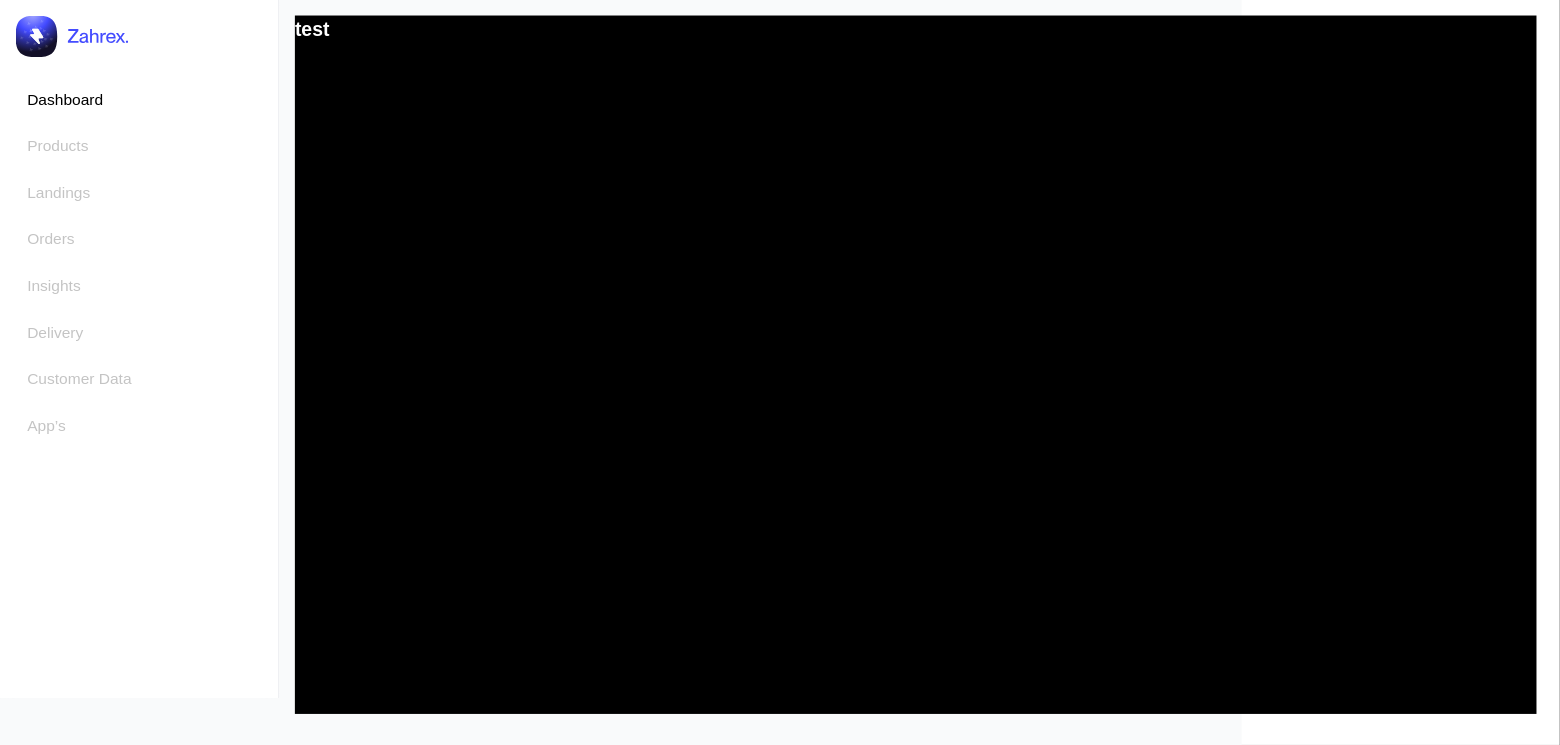
Repository: asba38295-web/zahrex-app
Page: /dashboard
An editor plug-in stored every save of this project. The page is shown before and after a run of saves, followed by the edit.
The browser window is 1280 px wide. The page is 1608 px wide, so the pictures cover 1608 px, including what lies to the right of the window. The pictures show the whole page, at 97% of full size.
The project was rebuilt for these pictures with package versions that can differ from the ones it lists, and the page was loaded fresh each time. The framework's server and built-in components were replaced by stand-ins that run in the browser. Also part of the build but not shown: next.config.mjs.

Above is the page before, as saved 2025-11-28 04:26:35.

### src/app/dashboard/page.jsx
"use client";
import React, { useState } from "react";

import Dashboard from "../../page/Dashboard/Dashboard";

export default function DashboardShell() {
  const [activeTab, setActiveTab] = useState("dashboard");
  const [mobileMenuOpen, setMobileMenuOpen] = useState(false);

  const NAV = [
    { key: "dashboard", label: "Dashboard" },
    { key: "products",  label: "Products" },
    { key: "landings",  label: "Landings" },
    { key: "orders", label: "Orders" },
    { key: "insights",      label: "Insights" },
    { key: "delivery",  label: "Delivery" },
    { key: "customerData",      label: "Customer Data" },
    { key: "apps",   label: "App’s" },

  ];

  return (
    <div className="min-h-screen bg-gray-50 flex">
      {/* Sidebar */}
      <aside
        className={`fixed inset-y-0 left-0 z-30 w-72 bg-white/90 backdrop-blur border-r border-gray-200 p-4 transition-transform md:translate-x-0 ${
          mobileMenuOpen ? "translate-x-0" : "-translate-x-full md:translate-x-0"
        }`}
      >
        <div className="flex items-center justify-between mb-6">
          <div className="flex items-center gap-2">
            <img src="logoz.svg" alt="" />
          </div>
          <button
            onClick={() => setMobileMenuOpen(false)}
            className="md:hidden inline-flex items-center justify-center h-9 w-9 rounded-full border"
            aria-label="Close menu"
          >
            ×
          </button>
        </div>

        <nav className="space-y-2">
          {NAV.map((item) => (
            <button
              key={item.key}
              onClick={() => setActiveTab(item.key)}
              className={`w-full text-[#C4C4C4] text-left px-3 py-2 rounded-xl ${
                activeTab === item.key
                  ? " text-black  border-black"
                  : "hover:bg-gray-100"
              }`}
            >
              {item.label}
            </button>
          ))}
        </nav>
      </aside>


      {/* Main */}
      <main className=" flex-1 md:ml-72 p-4">
        {/* Top bar */}
        <div className="flex items-center justify-between gap-2 mb-4">
          <button
            onClick={() => setMobileMenuOpen(true)}
            className="md:hidden inline-flex items-center justify-center h-10 w-10 rounded-xl border bg-white"
            aria-label="Open menu"
          >
            ☰
          </button>
          <h1 className="text-xl font-semibold">{titleForTab(activeTab)}</h1>
          <div className="hidden md:block" />
        </div>

        {/* 🧩 المحتوى: خاوي دابا — ركب فيه كومبونوناتك من بعد */}
        {/* <EmptyPanel /> */}

        {/*
          🔌 منين تبغي تركّب كومبونونت:
          import OrdersTable from "@/componentsDashboard/orders/OrdersTable";
          ثم بدّل <EmptyPanel /> بـ:
          {activeTab === "orders" && <OrdersTable />}
          وهاكذا لباقي التابات...
        */}
      </main>
    </div>

  );
}

function titleForTab(key) {
  switch (key) {
    case "dashboard": return < Dashboard />;
    case "orders": return "Orders22";
    case "services": return "Services";
    case "closed": return "Closed";
    case "paid": return "Paid";
    case "products": return "Products";
    case "delivery": return "Delivery";
    case "customers": return "Customers";
    case "meta": return "Meta";
    case "whatsapp": return "Whatsapp";
    case "team": return "Team";
    case "finance": return "Finance";
    case "email": return "Email";
  }
}

// function EmptyPanel() {
//   return (
//     <div className="grid place-items-center h-[60vh] rounded-2xl border bg-white text-gray-500">
//       <div className="text-center space-y-2">
//         <div className="text-sm uppercase tracking-wide text-gray-400">Empty</div>
//         <p className="text-base">ركّب الكومبونونت ديالك هنا من بعد.</p>
//       </div>
//     </div>
//   );
// }

### src/page/Dashboard/Dashboard.jsx
"use client";
import React, { useState } from "react";

export default function Dashboard() {

return(

    <div className="bg-black h-screen w-screen text-white">test</div>
)

}

Loaded but not shown: src/app/layout.js (common file); src/app/globals.css (common file)

After the next 2 saves:
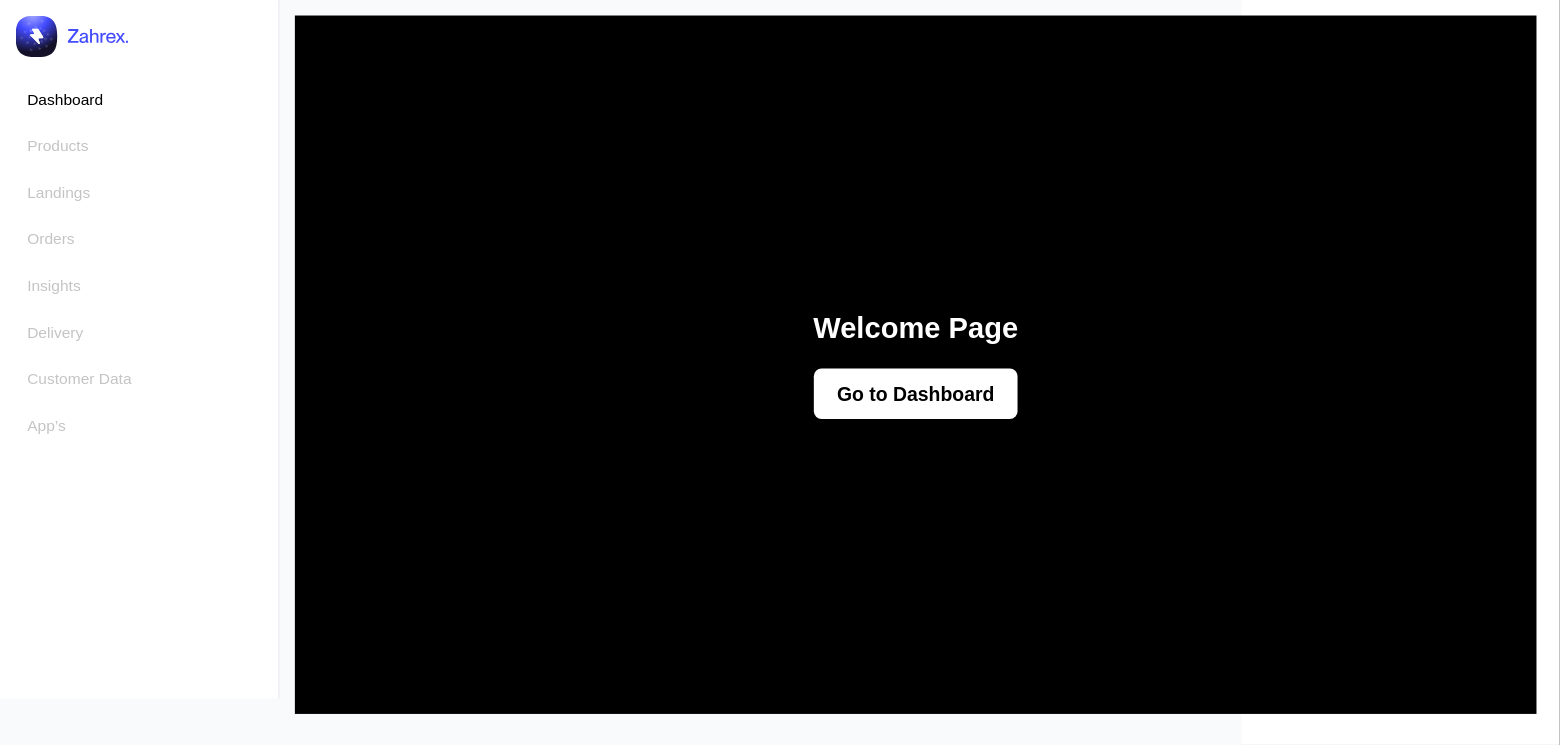
The 2 saves are shown as one change because 1 did not build or start.
The last was saved 10 h 10 min later.
--- a/src/page/Dashboard/Dashboard.jsx
+++ b/src/page/Dashboard/Dashboard.jsx
@@ -1,11 +1,38 @@
 "use client";
 import React, { useState } from "react";
 
-export default function Dashboard() {
+export default function HomePage() {
+  const [showDashboard, setShowDashboard] = useState(false);
 
-return(
+  return (
+    <div className="h-screen w-screen bg-black text-white flex items-center justify-center">
+      {!showDashboard ? (
+        <Welcome onStart={() => setShowDashboard(true)} />
+      ) : (
+        <Dashboard />
+      )}
+    </div>
+  );
+}
 
-    <div className="bg-black h-screen w-screen text-white">test</div>
-)
+function Welcome({ onStart }) {
+  return (
+    <div className="text-center">
+      <h1 className="text-3xl mb-6">Welcome Page</h1>
+      <button
+        onClick={onStart}
+        className="px-6 py-3 bg-white text-black rounded-lg hover:bg-gray-300 transition"
+      >
+        Go to Dashboard
+      </button>
+    </div>
+  );
+}
 
+function Dashboard() {
+  return (
+    <div className="text-center">
+      <h1 className="text-3xl">Dashboard</h1>
+    </div>
+  );
 }
